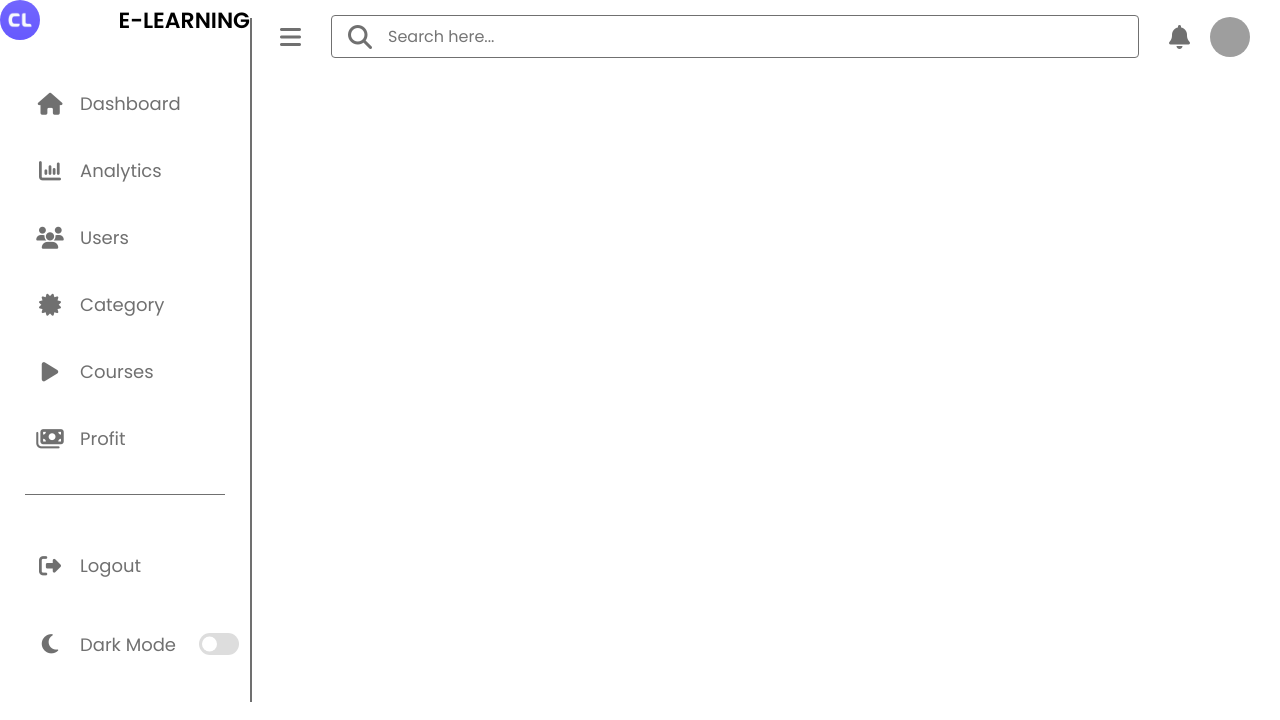
Repository: phamngocthang/practice-html-css
Page: Admin/dist/index.html
The author's editor kept a copy of each file at every save. The page is drawn from the files as they stood at one save, then again after a run of saves.
The browser window is 1280 px wide. The pictures show the whole page.
Pictures or frames that could not be fetched are drawn as grey boxes. The style sheet was rebuilt from its Sass, Less or Tailwind sources for each picture, by a compiler version that may differ from the author's.

Above is the page before, as saved 2023-10-25 01:18:45.

### Admin/dist/index.html
<!DOCTYPE html>
<html lang="en">
<head>
    <meta charset="UTF-8">
    <meta name="viewport" content="width=device-width, initial-scale=1.0">
    <title>Document</title>
    <link rel="stylesheet" href="style/main.css">
    <link rel="stylesheet" href="https://cdnjs.cloudflare.com/ajax/libs/font-awesome/6.4.2/css/all.min.css" integrity="sha512-z3gLpd7yknf1YoNbCzqRKc4qyor8gaKU1qmn+CShxbuBusANI9QpRohGBreCFkKxLhei6S9CQXFEbbKuqLg0DA==" crossorigin="anonymous" referrerpolicy="no-referrer" />
</head>
<body>
    <nav>
        <div class="logo">
            <div class="logo__image">
                <img src="/Images/logo.png" alt="">
            </div>

            <span class="logo__name">
                E-LEARNING
            </span>
        </div>

        <div class="menu">
            <ul class="menu__link">
                <li class="menu__link__item"><a href="#">
                    <i class="fa-solid fa-house"></i>
                    <span>Dashboard</span>
                </a></li>
                <li class="menu__link__item"><a href="#">
                    <i class="fa-solid fa-chart-column"></i>
                    <span>Analytics</span>
                </a></li>
                <li class="menu__link__item"><a href="#">
                    <i class="fa-solid fa-users"></i>
                    <span>Users</span>
                </a></li>
                <li class="menu__link__item"><a href="#">
                    <i class="fa-solid fa-certificate"></i>
                    <span>Category</span>
                </a></li>
                <li class="menu__link__item"><a href="#">
                    <i class="fa-solid fa-play"></i>
                    <span>Courses</span>
                </a></li>
                <li class="menu__link__item"><a href="#">
                    <i class="fa-solid fa-money-bills"></i>
                    <span>Profit</span>
                </a></li>
            </ul>

            <ul class="menu__link">
                <li class="menu__link__item"><a href="#">
                    <i class="fa-solid fa-right-from-bracket"></i>
                    <span>Logout</span>
                </a></li>

                <li class="menu__link__item menu__link__item--darkmode"><a href="#">
                    <i class="fa-solid fa-moon"></i>
                    <span>Dark Mode</span>
                    <div class="menu__toggle">
                        <span class="menu__switch"></span>
                    </div>
                </a></li>
            </ul>
        </div>
    </nav>

    <section class="dashboard">
        <div class="top">
            <i class="fa-solid fa-bars top__bar"></i>
            <div class="top__search-box">
                <i class="fa-solid fa-magnifying-glass"></i>
                <input type="text" placeholder="Search here...">
            </div>
            <div class="top__image">
                <i class="fa-solid fa-bell bell"></i>
                <img src="/Images/avatar.jpg" alt="">
            </div>
        </div>
    </section>

    <script src="script.js">

    </script>
</body>
</html>

### Admin/dist/script.js
const body = document.querySelector("body");
const modeTogger = document.querySelector(".menu__toggle");
const sideBar = body.querySelector("nav")
const sideBarToggle = body.querySelector(".top__bar");

modeTogger.addEventListener("click", () => {
    body.classList.toggle("dark")
})

sideBarToggle.addEventListener("click", () => {
    sideBar.classList.toggle("close");
})

### Admin/scss/main.scss
@import url('https://fonts.googleapis.com/css2?family=Poppins:wght@200;300;400;500;600&display=swap');
@import 'variables';
* {
    margin: 0;
    padding: 0;
    box-sizing: border-box;
    font-family: 'Poppins', sans-serif;
}

body {
    --primary-color: #{$primary-color};
    --panel-color: #{$panel-color};
    --text-color: #{$text-color};
    --black-light-color: #{$black-light-color};
    --border-color: #{$border-color};
    --toggle-color: #{$toggle-color};
    --box1-color: #{$box1-color};
    --box2-color: #{$box2-color};
    --box3-color: #{$box3-color};
    --title-icon-color: #{$title-icon-color};
    min-height: 100vh;
    background-color: var(--primary-color);
}

body.dark {
    --primary-color: #3A3B3C;
    --panel-color: #242526;
    --text-color: #FFF;
    --black-light-color: #CCC;
    --border-color: #4D4C4C;
    --toggle-color: #FFF;
    --box1-color: #3A3B3C;
    --box2-color: #3A3B3C;
    --box3-color: #3A3B3C;
    --title-icon-color: #CCC;

    .menu__switch::before {
        left: 20px !important;
    }
}

nav {
    position: fixed;
    width: 250px;
    height: 100%;
    top: 0;
    left: 0;
    background-color: var(--panel-color);
    transition: $tran-05;

    .logo {
        display: flex;
        justify-content: space-between;
        align-items: center;
        &__image {
            min-width: 45px;
            display: flex;
            align-items: center;

            img {
                width: 40px;
                border-radius: 50%;
                object-fit: cover;
            }

        }

        &__name {
            color: var(--text-color);
            font-weight: 600;
            font-size: 22px;
        }
        // padding: 10px 45px 10px 20px;
    }

    .menu {
        height: 100%;
        padding: 30px 0px 30px 20px;
        position: relative;


        &::after {
            content: '';
            left: 50%;
            top: 63%;
            width: 80%;
            height: 0.5px;
            transform: translateX(-50%);
            background-color: var(--black-light-color);
            position: absolute;
        }

        &__link {
            list-style: none;
            display: flex;
            flex-direction: column;
            align-items: flex-start;


            &:nth-child(1) {
                height: 70%;
            }


            &__item {
                padding: 20px 0;

                a {
                    text-decoration: none;
                    color: var(--black-light-color);
                    font-size: 18px;
                    display: flex;
                    align-items: center;
                    position: relative;
                    transition: 0.4 ease all;

                    i {
                        min-width: 60px;
                        text-align: center;
                        font-size: 22px;
                    }

                    span {
                        font-weight: 400;
                        transition: $tran-05;
                    }

                    &:hover {
                        color: var(--primary-color);

                        &::before {
                            content: '';
                            width: 5px;
                            height: 5px;
                            border-radius: 50%;
                            background-color: var(--primary-color);
                            position: absolute;
                            transition: 0.4 ease all;
                        }
                    }
                }
            }

            &__item--darkmode {
                display: flex;
                align-items: center;


                .menu__toggle {
                    margin-left: 20px;
                    height: 50px;
                    min-width: 45px;
                    display: flex;
                    align-items: center;
                    justify-content: center;

                    .menu__switch {
                        display: inline-block;
                        border-radius: 25px;
                        position: relative;
                        height: 22px;
                        width: 40px;
                        background-color: var(--toggle-color);

                        &::before {
                            content: '';
                            width: 15px;
                            height: 15px;
                            position: absolute;
                            background-color: var(--title-icon-color);
                            border-radius: 50%;
                            left: 3px;
                            top: 50%;
                            transform: translateY(-50%);
                            transition: $tran-03;
                        }
                    }
                }
            }
        }
    }


}

nav.close {
    width: 90px;

    .menu__link__item {
        span {
            opacity: 0;
            pointer-events: none;
        }
    }

    .logo__name {
        opacity: 0;
        pointer-events: none;
    }
}

.dashboard {
    background-color: var(--panel-color);
    width: calc(100% - 250px);
    left: 250px;
    min-height: 100vh;
    position: relative;
    padding: 15px 30px 40px;

    &::before {
        content: '';
        width: 2px;
        height: 95%;
        background-color: var(--black-light-color);
        left: 0;
        top: 50%;
        transform: translateY(-50%);
        position: absolute;
    }

    .top {
        height: 10%;
        display: flex;
        align-items: center;
        justify-content: space-between;

        i {
            font-size: 24px;
            color: var(--black-light-color);

        }

        &__bar {
            cursor: pointer;
        }

        &__search-box {
            flex: 1;
            width: 100%;
            padding: 8px;
            border-radius: 4px;
            border: 0.4px solid var(--black-light-color);
            margin: 0 30px;
            display: flex;
            align-items: center;

            i {
                font-size: 24px;
                padding: 0 16px 0 8px;
                color: var(--black-light-color);
            }

            input {
                font-size: 16px;
                outline: none;
                border: none;
                height: 100%;
                width: 100%;
                background-color: transparent;
            }
        }

        &__image {
            margin: 0 20p;
            display: flex;
            align-items: center;

            .bell {
                cursor: pointer;
                margin-right: 20px;
            }

            img {
                cursor: pointer;
                width: 40px;
                height: 40px;
                object-fit: cover;
                border-radius: 50%;
            }
        }
    }
}

### Admin/scss/_variables.scss
/* ===== Colors ===== */
$primary-color: #0E4BF1;
$panel-color: #FFF;
$text-color: #000;
$black-light-color: #707070;
$border-color: #e6e5e5;
$toggle-color: #DDD;
$box1-color: #4DA3FF;
$box2-color: #FFE6AC;
$box3-color: #E7D1FC;
$title-icon-color: #fff;

/* ====== Transition ====== */
$tran-05: all 0.5s ease;
$tran-03: all 0.3s ease;
$tran-03: all 0.2s ease;

After the next 2 saves:
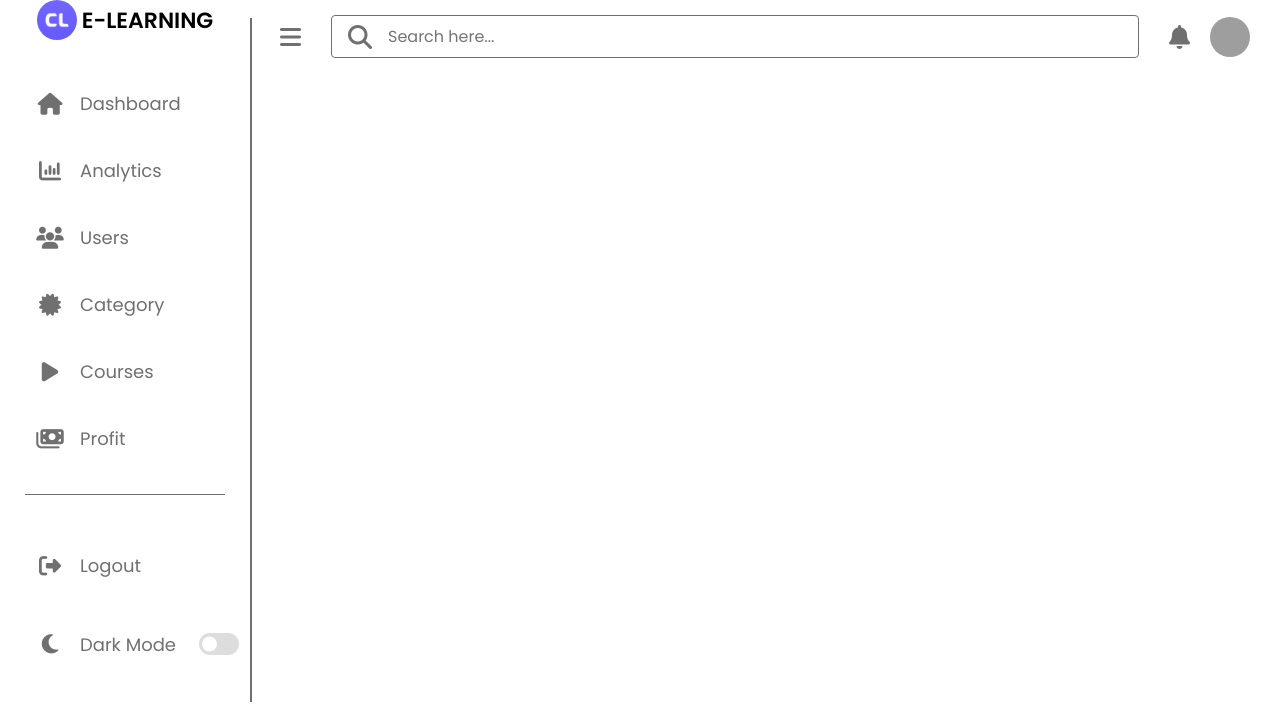
The 2 saves are shown as one change because they came seconds apart.
The last was saved 13 s later.
--- a/Admin/scss/main.scss
+++ b/Admin/scss/main.scss
@@ -50,7 +50,7 @@ nav {
 
     .logo {
         display: flex;
-        justify-content: space-between;
+        justify-content: center;
         align-items: center;
         &__image {
             min-width: 45px;
@@ -70,7 +70,6 @@ nav {
             font-weight: 600;
             font-size: 22px;
         }
-        // padding: 10px 45px 10px 20px;
     }
 
     .menu {
